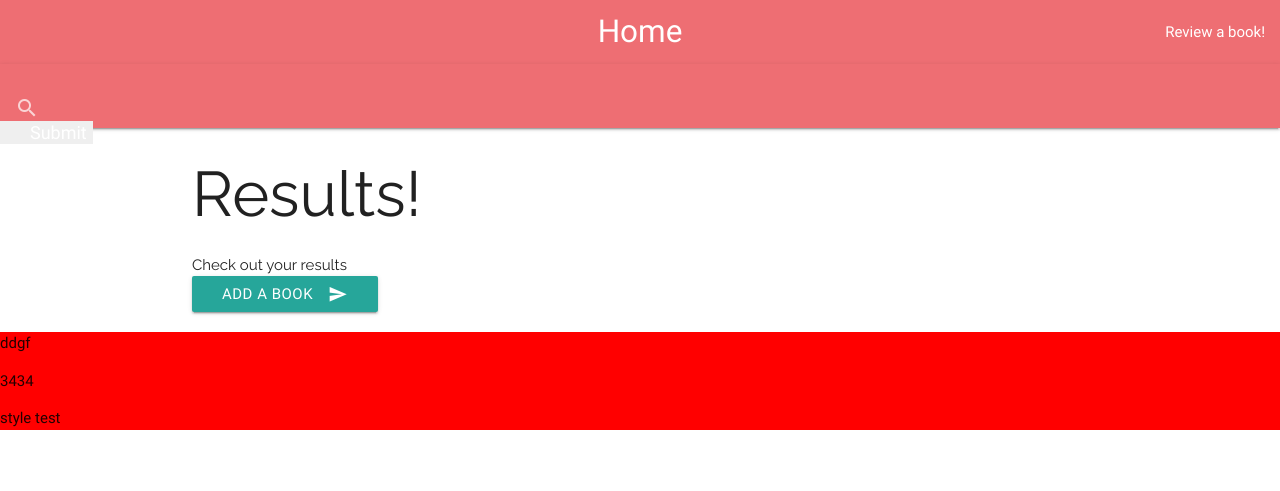
Repository: h8130084/bookReview
Page: http://localhost/search
The author's editor kept a record of every edit. The page is drawn from the files as they stood at one moment, then again after the next edit.
The browser window is 1280 px wide. The pictures show the whole page.
Some web libraries are served in a nearby version. The page is served by the project's application, run on Flask 3 (app.py). Queries for data that is not in the repository find no rows.

Above is the page before.
Console error: ReferenceError: M is not defined

### templates/search.html
{% extends 'base.html' %} {% block content %}

<div class="container">
    <h1> Results!</h1>
    <div class="sub-heading" "row"> Check out your results</div>



    {% for book in books%}

    <div class="collection">
        <a href="{{url_for( 'book_info', book_id=book._id)}} " class="collection-item"> {{book.Title}}</a>
    </div>

    {% endfor %}



    <div class="row" "addBookButton">
        <form action="{{url_for('add_book')}}" class="col s12">
            <button class="btn waves-effect waves-light" type="submit" name="action">add a book
                <i class="material-icons right">send</i>
            </button>
        </form>
    </div>

</div>
</div>

{% endblock %}

### templates/base.html
<!DOCTYPE html>
<html lang="en">

<head>
    <meta charset="UTF-8">
    <meta name="viewport" content="width=device-width, initial-scale=1.0">
    <meta http-equiv="X-UA-Compatible" content="ie=edge">

    <!-- taken from google fonts, materilaize and cdnjs -->
    <link href="https://fonts.googleapis.com/icon?family=Material+Icons" rel="stylesheet">
    <link rel="stylesheet" href="https://cdnjs.cloudflare.com/ajax/libs/materialize/0.100.2/css/materialize.min.css">
    <link rel="stylesheet" href="{{url_for('static', filename='/style.css')}}" type="text/css" />

    <title>Document</title>
</head>

<body>
    <header>
        <nav>
            <div class="nav-wrapper">
                <a href="{{url_for('get_books')}}" class="brand-logo center">Home</a>
                <ul id="nav-mobile" class="right">
                    <li><a href="{{url_for('add_book')}}">Review a book!</a></li>
            </div>
        </nav>
        <nav>
            <div class="nav-wrapper">
                <div class="search">
                    <form action="{{ url_for('search') }}">
                        <div class="input-field" "center">
                            <input id="search" type="search" name="Title" required>
                            <label class="label-icon" for="search"><i class="material-icons">search</i></label>
                            <i class="material-icons">close</i>
                            <input type="submit" value="Submit">
                        </div>
                    </form>
                </div>
            </div>
        </nav>
    </header>

    {% block content %} {% endblock %}

    <script src="https://cdnjs.cloudflare.com/ajax/libs/jquery/3.2.1/jquery.min.js"></script>
    <script src="https://cdnjs.cloudflare.com/ajax/libs/materialize/0.100.2/js/materialize.min.js"></script>
    <script type="text/javascript">
        $(document).ready(function() {
            $('.tabs').tabs();
            $('#Review').val('New Text');
            M.textareaAutoResize($('#Review'));
            $('.sidenav').sidenav();
        });
    </script>
    </div>


</body>

<div class="footer">
    <p>ddgf</p>
    <p>3434</p>
    <p>style test</p>

</html>

### app.py
import os
from flask import Flask, render_template, redirect, request, url_for
from flask_pymongo import PyMongo
from bson.objectid import ObjectId
import env

app = Flask(__name__)

app.config["MONGO_DBNAME"] = 'book_review'
app.config["MONGO_URI"] = env.MONGO_URI


mongo = PyMongo(app)

@app.route('/')
@app.route('/ get_books')
def get_books():
     return render_template("books.html", books=mongo.db.book_details.find())

@app.route('/search')
def search():
     searched_book = request.form.get('Title')
     book = mongo.db.book_details.find({'Title':searched_book})
     return render_template("search.html", book=book)


@app.route('/edit_book/<book_id>')
def edit_book(book_id):
    the_book = mongo.db.book_details.find_one({"_id": ObjectId(book_id)})
    all_categories = mongo.db.categories.find()
    return render_template('editbook.html', book=the_book, categories=all_categories)

@app.route('/update_book/<book_id>', methods=["POST"])
def update_book(book_id):
    books = mongo.db.book_details
    books.update( {'_id': ObjectId(book_id)},
    {
        'Title': request.form.get('Title'),
        'Author': request.form.get('Author'),
        'Genre': request.form.get('Genre'),
        'Year': request.form.get('Year'),
        'Image_URL': request.form.get('Image_URL'),
        'Amazon': request.form.get('Amazon'),
        'Review': request.form.get('Review')
    })
    return redirect(url_for('get_books'))

#book details page
@app.route('/book_info/<book_id>')
def book_info(book_id):
    the_book = mongo.db.book_details.find_one({"_id": ObjectId(book_id)})
    all_categories = mongo.db.categories.find()
    return render_template('bookdetails.html', book=the_book, categories=all_categories, comments=mongo.db.comments.find())

def get_comments():
     return render_template('bookdetails.html', comments=mongo.db.comments.find())

#  takes the details from the form and adds the comment to the database, then redirects to bookdetails page

@app.route('/insert_comment', methods=['POST'])
def insert_comment():

    new_comment = {
        'bookID': request.form.get('Title'),
        'comment': request.form.get('comment')
    }
    comments = mongo.db.comments
    comments.insert_one(new_comment)
    # ----- get comments should be book.details page to display that the comment just added is present
    return  redirect(url_for('get_books'))

# displays add books page
@app.route('/add_book')
def add_book():
    return render_template('addbook.html')

#  takes the details from the form and adds the book to the database, then redirects to home page
@app.route('/insert_book', methods=['POST'])
def insert_book():

    new_book = {
        'Title': request.form.get('Title'),
        'Author': request.form.get('Author'),
        'Genre': request.form.get('Genre'),
        'Year': request.form.get('Year'),
        'Image_URL': request.form.get('Image_URL'),
        'Amazon': request.form.get('Amazon'),
        'Review': request.form.get('Review'),
        'upvotes': 0,
    }

    books = mongo.db.book_details
    books.insert_one(new_book)
    # ----- get books should be home page to display that the book just added is present
    return redirect(url_for('get_books'))

# delete the book
@app.route('/delete_book/<book_id>')
def delete_book(book_id):
    mongo.db.book_details.remove({'_id': ObjectId(book_id)})
    return redirect(url_for('get_books'))


if __name__ == '__main__':
    app.run(host=os.environ.get('IP'),
    port=int(os.environ.get('PORT')),
    debug=True)

### static/style.css
@import url('https://fonts.googleapis.com/css?family=Raleway&display=swap');

.footer{
    background-color: red;
}

/*.coverIMG {*/
/*  width: 100%;*/
/*  max-width: 10px;*/
/*  height: auto;*/
/*  position: center;*/
/*}*/

.books{
   background-color: red;
   position: center;
   position: absolute;
 }

.list_of_books{
    text-align: center;
    border: double;
}

.tabs{
    position: center;
    position: relative;
}


/*text*/
h1{
  font-family: 'Raleway', sans-serif;
}
.sub-heading {
  font-family: 'Raleway', sans-serif;
}

After the next edit:
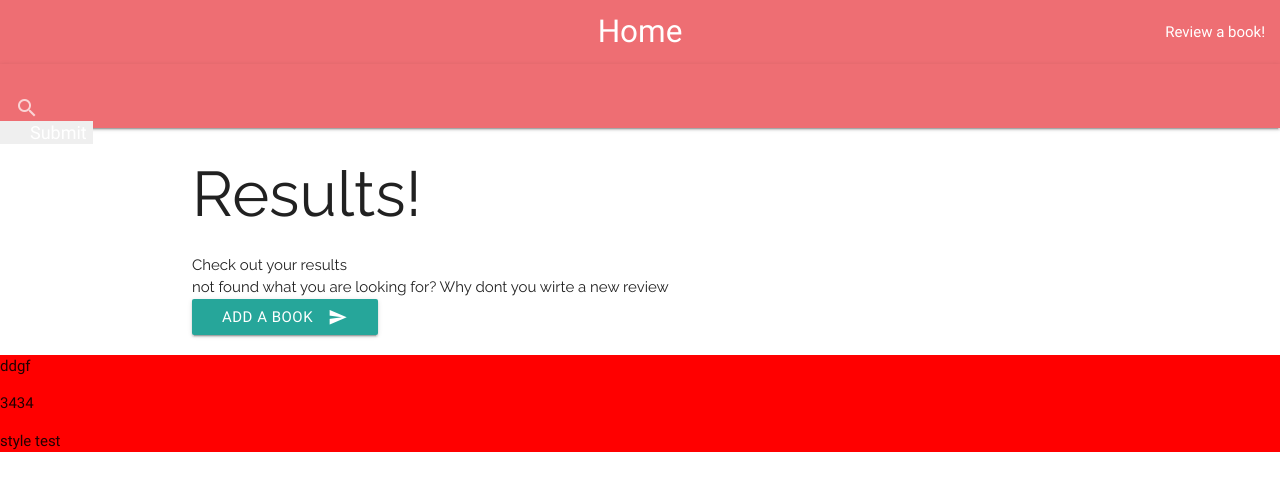
The edit:
--- a/templates/search.html
+++ b/templates/search.html
@@ -16,6 +16,9 @@
 
 
 
+
+<div class="sub-heading" "row"> not found what you are looking for? Why dont you wirte a new review</div>
+
     <div class="row" "addBookButton">
         <form action="{{url_for('add_book')}}" class="col s12">
             <button class="btn waves-effect waves-light" type="submit" name="action">add a book
